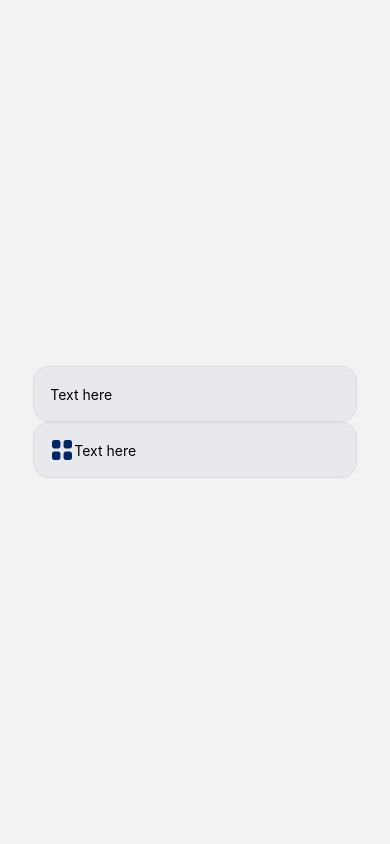
Repository: hungdomanh95/setuptheme
Screen: /
These files come from the project's save history. The screen is drawn as it stood at one moment and after the next save; the edit follows.
The app was drawn by React Native's web renderer in a window 390 px wide. The project was rebuilt for these pictures with package versions that can differ from the ones it lists, and the page was loaded fresh each time. Also part of the build but not shown: src/components/Fade/index.js, src/components/Slide/index.js, src/components/RNBotton/index.js, src/components/RNCheckbox/index.js.

Above is the screen before, as saved 2022-05-17 16:39:54.

### App.js
import {View, Text} from 'react-native';
import React from 'react';
import RootNavigation from './src/navigation/rootNavigation';

const App = () => {
  return <RootNavigation />;
};

export default App;

### src/navigation/rootNavigation.js
import React from 'react'
import {NavigationContainer} from '@react-navigation/native';
import {createNativeStackNavigator} from '@react-navigation/native-stack';
import {
  HomeScreen,
} from '../screens';
import { SafeAreaProvider } from 'react-native-safe-area-context';

const Stack = createNativeStackNavigator();
const RootNavigation = () => {
  const screenOptions = {
    headerTransparent: true,
    headerShown: false,
  };
  const stackOption = {
    headerShown: true,
    headerBackTitle: '',
    headerTitle: '',
  };
  return (
    <SafeAreaProvider>
      <NavigationContainer>
        <Stack.Navigator screenOptions={screenOptions}>
          <Stack.Screen name="HomeScreen" component={HomeScreen} />
        </Stack.Navigator>
      </NavigationContainer>
    </SafeAreaProvider>
  );
};

export default RootNavigation;

### src/screens/index.js
import HomeScreen from './HomeScreen';
export {HomeScreen};

### src/screens/HomeScreen/index.js
import {View, StyleSheet} from 'react-native';
import React from 'react';
import {COLOR} from '../../theme';
import {Button, CheckBox, Input} from '../../components';
const icon = require("../../assets/icon/Categary.png")

const HomeScreen = () => {
  return (
    <View style={styles.container}>
      {/* <Button text="Button" type={'primary'} size={'fullsize'} />
      <Button text="Button" type={'danger'} size={'medium'} />
      <Button text="Button" type={'success'} size={'small'} />
      <Button text="Button" type={'warning'} size={80} />
      <Button
        text="Button"
        type={'primary'}
        size={'fullsize'}
        disabled={true}
      />
      <Button text="Button" color={COLOR.neural8} colorText={COLOR.neural} />

      <CheckBox /> */}
      <Input placeholder="Text here"/>
      <Input placeholder="Text here" iconLeft={icon} />
    </View>
  );
};

export default HomeScreen;
const styles = StyleSheet.create({
  container: {
    flex: 1,
    justifyContent: 'center',
    alignItems: 'center',
  },
});

### src/theme/index.js
import {StyleSheet, Dimensions} from 'react-native';
const {width, height} = Dimensions.get('window');
const width_design = 375;
export const SIZE = {
  width,
  height,
  spacing: 16,
  icon: 24,
  iconInput:16,
  btn1: (width * 343) / width_design,
  btn2: (width * 196) / width_design,
  btn3: (width * 160) / width_design,
  checkbox: 25,
  input1:(width * 311) / width_design
};
export const COLOR = {
  primary: '#002665',
  primary80: 'rgba(0, 38, 101, 0.8)',
  primary60: 'rgba(0, 38, 101, 0.6)',
  primary40: 'rgba(0, 38, 101, 0.4)',
  primary24: 'rgba(0, 38, 101, 0.24)',
  primary16: 'rgba(0, 38, 101, 0.16)',
  primary8: 'rgba(0, 38, 101, 0.08)',
  primary4: 'rgba(0, 38, 101, 0.04)',
  secondary: '#2567F9',
  secondary50: '#0077FF',
  secondary40: 'rgba(0, 119, 255, 0.4)',
  secondary24: 'rgba(0, 119, 255, 0.24)',
  secondary16: 'rgba(0, 119, 255, 0.16)',
  secondary8: 'rgba(0, 119, 255, 0.08)',
  white: '#FFFFFF',
  white64: 'rgba(255,255,255,0.64)',
  white40: 'rgba(255,255,255,0.4)',
  white24: 'rgba(255,255,255,0.24)',
  white16: 'rgba(255,255,255,0.16)',
  white8: 'rgba(255,255,255,0.08)',
  white4: 'rgba(255,255,255,0.04)',
  yellow: '#FDBE01',
  yellow80: 'rgba(253, 190, 1, 0.8)',
  yellow40: 'rgba(253, 190, 1, 0.4)',
  yellow16: 'rgba(253, 190, 1, 0.16)',
  red: '#DA000B',
  red80: 'rgba(227, 38, 46, 0.8)',
  red40: 'rgba(227, 38, 46, 0.4)',
  red16: 'rgba(227, 38, 46, 0.16)',
  gray: '#6D7E92',
  gray40: '#7689A2',
  gray24: '#B3BDCB',
  gray16: '#DADFE6',
  gray8: '#F9FAFD',
  green: '#18A348',
  green50: '#25C26E',
  green40: 'rgba(37, 194, 110, 0.4)',
  green24: 'rgba(37, 194, 110, 0.24)',
  neural: '#FFB200',
  neural80: 'rgba(255, 178, 0, 0.8)',
  neural40: 'rgba(255, 178, 0, 0.4)',
  neural24: 'rgba(255, 178, 0, 0.24)',
  neural16: 'rgba(255, 178, 0, 0.16)',
  neural8: 'rgba(255, 178, 0, 0.08)',
  orange: '#F44B02',
  orange80: 'rgba(244, 75, 2, 0.8)',
  orange40: 'rgba(244, 75, 2, 0.4)',
  orange8: '#FFECE3',
  infor: '#0289F4',
  infor80: 'rgba(2, 137, 244, 0.8)',
  infor40: 'rgba(2, 137, 244, 0.4)',
  infor10: 'rgba(2, 137, 244, 0.1)',
};
export const TEXT = StyleSheet.create({
  h1: {
    fontSize: 22,
    lineHeight: 33,
  },
  h2: {
    fontSize: 20,
    lineHeight: 30,
  },
  h3: {
    fontSize: 18,
    lineHeight: 27,
  },
  fz16: {
    fontSize: 16,
    lineHeight: 24,
  },
  fz14: {
    fontSize: 14,
    lineHeight: 21,
  },
  fz12: {
    fontSize: 12,
    lineHeight: 18,
  },
  fz10: {
    fontSize: 10,
    lineHeight: 15,
  },
  bold: {
    fontWeight: '700',
  },
  medium: {
    fontWeight: '500',
  },
  regular: {
    fontWeight: '400',
  },
});
export const SHADOWS = StyleSheet.create({
  sh: {
    backgroundColor: '#FFFFFF',
    shadowColor: 'rgba(0, 38, 101, 0.1)',
    shadowOffset: {
      width: 0,
      height: 2,
    },
    shadowOpacity: 2,
    shadowRadius: 5,
    elevation: 5,
  },
});

### src/components/index.js
import Fade from './Fade';
import Slide from './Slide';
import Button from './RNBotton';
import CheckBox from './RNCheckbox';
import Input from './Input';
export {Fade, Slide, Button, CheckBox, Input};

### src/components/Input/index.js
import { StyleSheet, Text, View, TextInput,Image } from 'react-native'
import React from 'react'
import { COLOR, SIZE } from '../../theme'

const Input = (props) => {
  const {placeholder, iconLeft} = props
  console.log('iconLeft: ', iconLeft);
  return (
    <View style={styles.container}>
      {iconLeft && <Image source={iconLeft} style={styles.icon} />}
      <TextInput placeholder={placeholder || "Text here"} />
    </View>
  )
}

export default Input

const styles = StyleSheet.create({
  container:{
    borderWidth:1,
    borderColor:COLOR.primary8,
    width:SIZE.input1,
    height:56,
    borderRadius:16,
    backgroundColor:COLOR.primary4,
    paddingLeft:SIZE.spacing,
    flexDirection:"row",
    alignItems:'center'
  },
  icon:{
    width:SIZE.icon,
    height:SIZE.icon
  }
})

After the next save:
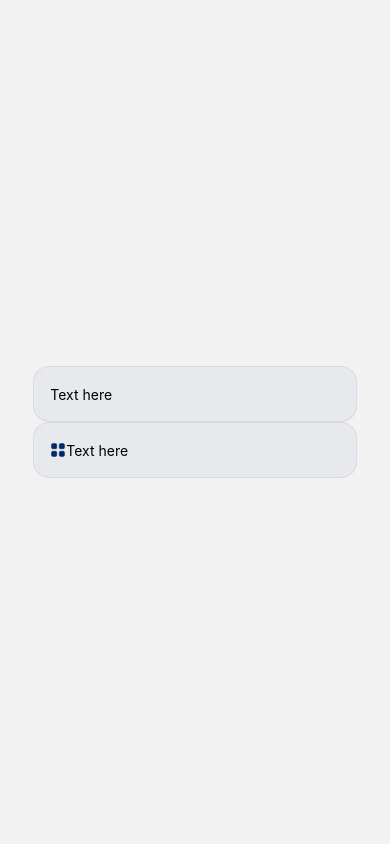
Saved 5 s later.
--- a/src/components/Input/index.js
+++ b/src/components/Input/index.js
@@ -28,7 +28,7 @@ const styles = StyleSheet.create({
     alignItems:'center'
   },
   icon:{
-    width:SIZE.icon,
-    height:SIZE.icon
+    width:SIZE.iconInput,
+    height:SIZE.iconInput
   }
 })
